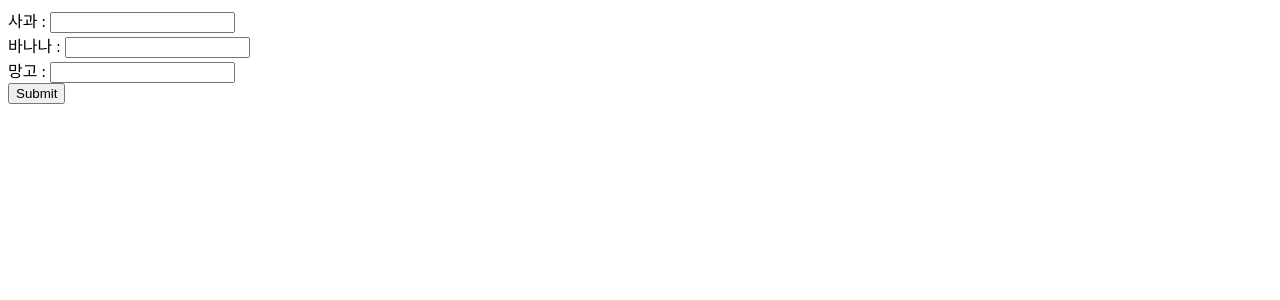
Repository: HeeMang28/jsp
Page: http://localhost/JSPBasic/jspobject/request/req_form.jsp
The author's editor kept a copy of each file at every save. The page is drawn from the files as they stood at one save, then again after the next save.
The browser window is 1280 px wide. The pictures show the whole page.
The page is served by Tomcat 9. Other server files are loaded and not shown.

Above is the page before, as saved 2022-03-24 12:05:49.

### JSPBasic/src/main/webapp/jspobject/request/req_form.jsp
<%@ page language="java" contentType="text/html; charset=UTF-8"
    pageEncoding="UTF-8"%>
<!DOCTYPE html>
<html>
<head>
<meta charset="UTF-8">
<title>Insert title here</title>
</head>
<body>
	<!--  form 태그는 action="목적지" method="전달방식"(get, post) 를 기입해 데이터를 전달하는 태그입니다.
	여 닫는 부분 사이에 input 태그를 이용해 보낼 데이터 양식을 지정할 수 있습니다. -->
	<form action="http://localhost:8181/JSPBasic/jspobject/request/req_param.jsp" method="get">
		<!--  input태그는 text(단순문자), password(비밀번호), submit(전송버튼) 등을 많이 사용합니다. -->
		사과 : <input type="text" name="apple" /><br/>
		바나나 : <input type="text" name="banana" /> <br/>
		망고 : <input type="text" name="mango" /><br/>
		<input type="submit">
	</form>
</body>
</html>

After the next save:
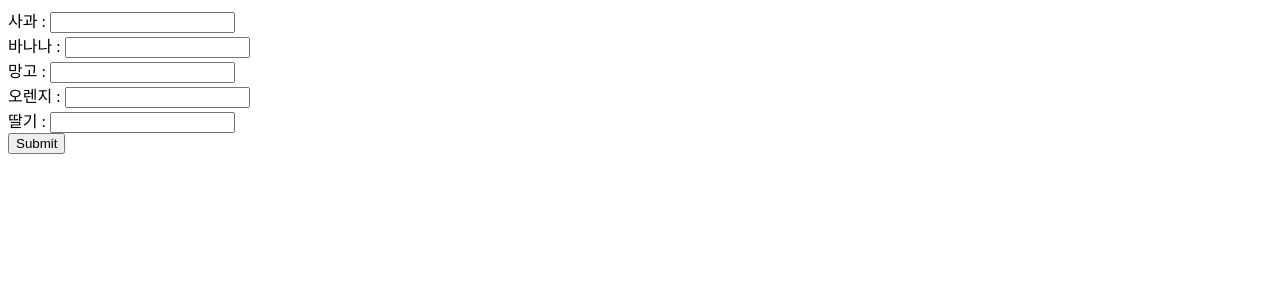
Saved 7 s later.
--- a/JSPBasic/src/main/webapp/jspobject/request/req_form.jsp
+++ b/JSPBasic/src/main/webapp/jspobject/request/req_form.jsp
@@ -14,6 +14,8 @@
 		사과 : <input type="text" name="apple" /><br/>
 		바나나 : <input type="text" name="banana" /> <br/>
 		망고 : <input type="text" name="mango" /><br/>
+		오렌지 : <input type="text" name="orange"/> <br/>
+		딸기 : <input type="text" name="strawberry"/> <br/>
 		<input type="submit">
 	</form>
 </body>
